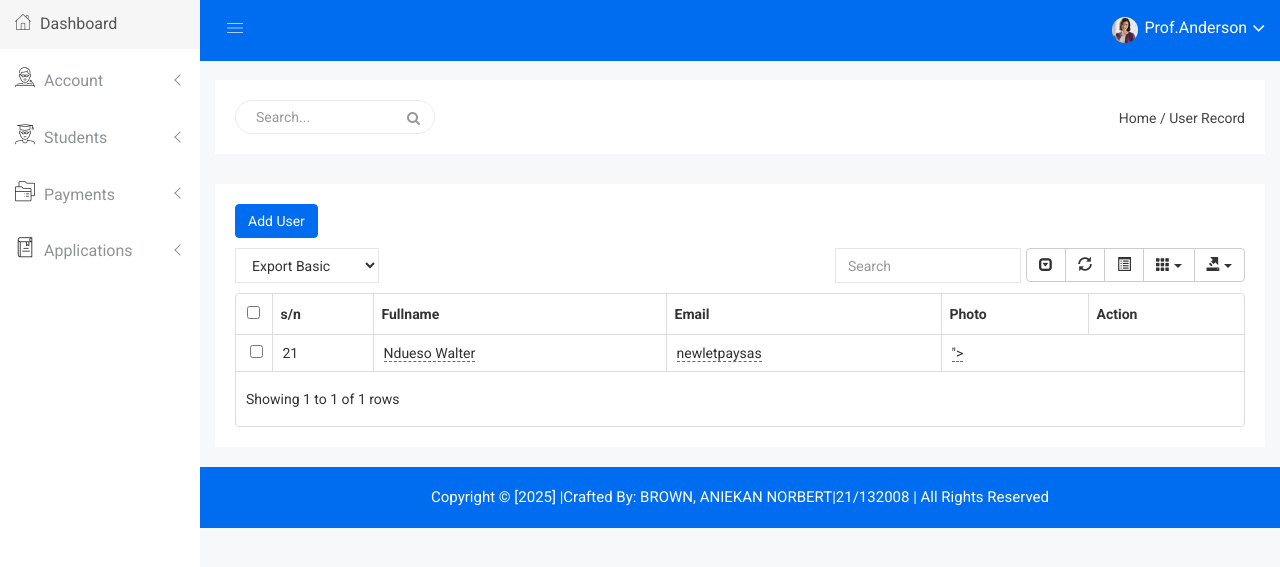
Repository: walterjnr1/crowdfunding-system
Page: http://localhost/Admin/user_record.php
An editor plug-in stored every save of this project. The page is shown before and after the next save, followed by the edit.
The browser window is 1280 px wide. The pictures show the whole page.
The page is run by PHP 8.4 with error messages shown; the project is at /var/www/html/. Other server files are loaded and not shown.

Above is the page before, as saved 2025-02-20 11:31:52.
Console error (its wording comes from the project's code and is left out).

### Admin/user_record.php
<!doctype html>
<html class="no-js" lang="en">

<head>
<title>User Record  | Kiaalap - Kiaalap Admin Template</title>

    <?php include 'head.php'; ?>
</head>
<body>
    <!--[if lt IE 8]>
		<p class="browserupgrade">You are using an <strong>outdated</strong> browser. Please <a href="http://browsehappy.com/">upgrade your browser</a> to improve your experience.</p>
	<![endif]-->
    <!-- Start Left menu area -->
    <div class="left-sidebar-pro">
        <nav id="sidebar" class="">
            <div class="sidebar-header">
                <a href="index.php"></a>
                <strong><a href="index.php"></a></strong>            </div>
            <div class="left-custom-menu-adp-wrap comment-scrollbar">

                <?php include 'sidebar_main.php'; ?>

            </div>
        </nav>
    </div>
    <!-- End Left menu area -->
    <!-- Start Welcome area -->
    <div class="all-content-wrapper">
        <div class="container-fluid">
            <div class="row">
                <div class="col-lg-12 col-md-12 col-sm-12 col-xs-12">
                    <div class="logo-pro">
                        <a href="index.php"><img class="main-logo" src="img/logo/logo.png" alt="" /></a>
                    </div>
                </div>
            </div>
        </div>
        <div class="header-advance-area">
        <div class="header-top-area">
                <div class="container-fluid">
                    <div class="row">
                        <div class="col-lg-12 col-md-12 col-sm-12 col-xs-12">
                            <div class="header-top-wraper">
                                <?php include 'header.php'; ?>
                            </div>
                        </div>
                    </div>
                </div>
            </div>
            <!-- Mobile Menu start -->
            <div class="mobile-menu-area">
                <div class="container">
                    <div class="row">
                        <div class="col-lg-12 col-md-12 col-sm-12 col-xs-12">
                            <div class="mobile-menu">
                                <?php include 'sidebar_mobile.php'; ?>
                            </div>
                        </div>
                    </div>
                </div>
            </div>
            <!-- Mobile Menu end -->
            <div class="breadcome-area">
                <div class="container-fluid">
                    <div class="row">
                        <div class="col-lg-12 col-md-12 col-sm-12 col-xs-12">
                            <div class="breadcome-list single-page-breadcome">
                                <div class="row">
                                    <div class="col-lg-6 col-md-6 col-sm-6 col-xs-12">
                                        <div class="breadcome-heading">
                                            <form role="search" class="sr-input-func">
                                                <input type="text" placeholder="Search..." class="search-int form-control">
                                                <a href="#"><i class="fa fa-search"></i></a>
                                            </form>
                                        </div>
                                    </div>
                                    <div class="col-lg-6 col-md-6 col-sm-6 col-xs-12">
                                        <ul class="breadcome-menu">
                                            <li><a href="#">Home</a> <span class="bread-slash">/</span>
                                            </li>
                                            <li><span class="bread-blod">User Record</span>
                                            </li>
                                        </ul>
                                    </div>
                                </div>
                            </div>
                        </div>
                    </div>
                </div>
            </div>
        </div>
        <!-- Static Table Start -->
        <div class="data-table-area mg-b-15">
            <div class="container-fluid">
                <div class="row">
                    <div class="col-lg-12 col-md-12 col-sm-12 col-xs-12">
                        <div class="sparkline13-list">
                            <div class="sparkline13-hd">
                                <div class="main-sparkline13-hd">
                                <button onclick="window.location.href='add_user.php';" class="btn btn-primary waves-effect waves-light">Add User</button>

</div>
                            </div>
                            <div class="sparkline13-graph">
                                <div class="datatable-dashv1-list custom-datatable-overright">
                                    <div id="toolbar">
                                        <select class="form-control dt-tb">
											<option value="">Export Basic</option>
											<option value="all">Export All</option>
											<option value="selected">Export Selected</option>
										</select>
                                    </div>
                                    <table id="table" data-toggle="table" data-pagination="true" data-search="true" data-show-columns="true" data-show-pagination-switch="true" data-show-refresh="true" data-key-events="true" data-show-toggle="true" data-resizable="true" data-cookie="true"
                                        data-cookie-id-table="saveId" data-show-export="true" data-click-to-select="true" data-toolbar="#toolbar">
                                        <thead>
                                            <tr>
                                                <th data-field="state" data-checkbox="true"></th>
                                                <th data-field="id">s/n</th>
                                                <th data-field="name" data-editable="true">Fullname</th>
                                                <th data-field="email" data-editable="true">Email</th>
                                                <th data-field="date" data-editable="true">Photo</th>
                                                <th data-field="action">Action</th>
                                            </tr>
                                        </thead>
                                        <tbody>


                                             <tr>
                                                <td></td>
                                                <td>21</td>
                                                 <td>Ndueso Walter</td>
                                                <td>newletpaysas</td>
                                                <td class="datatable-ct"><i class="fa fa-check"></i></td>

                                            </tr>
                                        </tbody>
                                    </table>
                                </div>
                            </div>
                        </div>
                    </div>
                </div>
            </div>
        </div>

        <?php include('../inc/footer_admin.php'); ?>

</div>

<?php include('bottom_script.php'); ?>
</body>

</html>

### Admin/head.php
<link href="https://fonts.googleapis.com/css?family=Roboto:100,300,400,700,900" rel="stylesheet">
    <!-- Bootstrap CSS
		============================================ -->
    <link rel="stylesheet" href="css/bootstrap.min.css">
    <!-- Bootstrap CSS
		============================================ -->
    <link rel="stylesheet" href="css/font-awesome.min.css">
    <!-- owl.carousel CSS
		============================================ -->
    <link rel="stylesheet" href="css/owl.carousel.css">
    <link rel="stylesheet" href="css/owl.theme.css">
    <link rel="stylesheet" href="css/owl.transitions.css">
    <!-- animate CSS
		============================================ -->
    <link rel="stylesheet" href="css/animate.css">
    <!-- normalize CSS
		============================================ -->
    <link rel="stylesheet" href="css/normalize.css">
    <!-- meanmenu icon CSS
		============================================ -->
    <link rel="stylesheet" href="css/meanmenu.min.css">
    <!-- main CSS
		============================================ -->
    <link rel="stylesheet" href="css/main.css">
    <!-- educate icon CSS
		============================================ -->
    <link rel="stylesheet" href="css/educate-custon-icon.css">
    <!-- morrisjs CSS
		============================================ -->
    <link rel="stylesheet" href="css/morrisjs/morris.css">
    <!-- mCustomScrollbar CSS
		============================================ -->
    <link rel="stylesheet" href="css/scrollbar/jquery.mCustomScrollbar.min.css">
    <!-- metisMenu CSS
		============================================ -->
    <link rel="stylesheet" href="css/metisMenu/metisMenu.min.css">
    <link rel="stylesheet" href="css/metisMenu/metisMenu-vertical.css">
    <!-- calendar CSS
		============================================ -->
    <link rel="stylesheet" href="css/calendar/fullcalendar.min.css">
    <link rel="stylesheet" href="css/calendar/fullcalendar.print.min.css">
    <!-- x-editor CSS
		============================================ -->
    <link rel="stylesheet" href="css/editor/select2.css">
    <link rel="stylesheet" href="css/editor/datetimepicker.css">
    <link rel="stylesheet" href="css/editor/bootstrap-editable.css">
    <link rel="stylesheet" href="css/editor/x-editor-style.css">
    <!-- normalize CSS
		============================================ -->
    <link rel="stylesheet" href="css/data-table/bootstrap-table.css">
    <link rel="stylesheet" href="css/data-table/bootstrap-editable.css">
    <!-- style CSS
		============================================ -->
    <link rel="stylesheet" href="style.css">
    <!-- responsive CSS
		============================================ -->
    <link rel="stylesheet" href="css/responsive.css">
    <!-- modernizr JS
		============================================ -->
    <script src="js/vendor/modernizr-2.8.3.min.js"></script>
    <link rel="icon" type="image/png" sizes="16x16" href="../uploadImage/Logo/logo.png">

### Admin/sidebar_main.php
<nav class="sidebar-nav left-sidebar-menu-pro">
                    <ul class="metismenu" id="menu1">
                    <li class="active">
                            <a title="Home Page" href="#" aria-expanded="false"><span class="educate-icon educate-home icon-wrap sub-icon-mg" aria-hidden="true"></span> <span class="mini-click-non">Dashboard</span></a>
                         </li>

                        <li>
                            <a class="has-arrow" href="#" aria-expanded="false"><span class="educate-icon educate-professor icon-wrap"></span> <span class="mini-click-non">Account</span></a>
                            <ul class="submenu-angle" aria-expanded="false">
                                <li><a title="Add User" href="add_user.php"><span class="mini-sub-pro">Add User</span></a></li>
                                <li><a title="User Record" href="user_record.php"><span class="mini-sub-pro">All User</span></a></li>
                            </ul>
                        </li>
                        <li>
                            <a class="has-arrow" href="#" aria-expanded="false"><span class="educate-icon educate-student icon-wrap"></span> <span class="mini-click-non">Students</span></a>
                            <ul class="submenu-angle" aria-expanded="false">
                                <li><a title="Add Students" href="add_student.php"><span class="mini-sub-pro">Add Student</span></a></li>
                                <li><a title="Edit Students" href="edit_student.php"><span class="mini-sub-pro">Edit Student</span></a></li>
                                <li><a title="Students Record" href="student_record.php"><span class="mini-sub-pro">All Student</span></a></li>
                            </ul>
                        </li>
                        <li>
                            <a class="has-arrow" href="#" aria-expanded="false"><span class="educate-icon educate-course icon-wrap"></span> <span class="mini-click-non">Payments</span></a>
                            <ul class="submenu-angle" aria-expanded="false">
                                <li><a title="All Payment" href="payment_record.php"><span class="mini-sub-pro">All Payment</span></a></li>
                            </ul>
                        </li>
                        <li>
                            <a class="has-arrow" href="#" aria-expanded="false"><span class="educate-icon educate-library icon-wrap"></span> <span class="mini-click-non">Applications</span></a>
                            <ul class="submenu-angle" aria-expanded="false">
                                <li><a title="All Application" href="application_record.php"><span class="mini-sub-pro">All Application</span></a></li>

                            </ul>
                        </li>


                    </ul>
                </nav>

### Admin/header.php
<div class="row">
                                    <div class="col-lg-1 col-md-0 col-sm-1 col-xs-12">
                                        <div class="menu-switcher-pro">
                                            <button type="button" id="sidebarCollapse" class="btn bar-button-pro header-drl-controller-btn btn-info navbar-btn">
													<i class="educate-icon educate-nav"></i>
												</button>
                                        </div>
                                    </div>
                                    <div class="col-lg-6 col-md-7 col-sm-6 col-xs-12">
                                        <div class="header-top-menu tabl-d-n">

                                        </div>
                                    </div>
                                    <div class="col-lg-5 col-md-5 col-sm-12 col-xs-12">
                                        <div class="header-right-info">
                                            <ul class="nav navbar-nav mai-top-nav header-right-menu">


                                                <li class="nav-item">
                                                    <a href="#" data-toggle="dropdown" role="button" aria-expanded="false" class="nav-link dropdown-toggle">
															<img src="img/product/pro4.jpg" alt="" />
															<span class="admin-name">Prof.Anderson</span>
															<i class="fa fa-angle-down edu-icon edu-down-arrow"></i>
														</a>
                                                    <ul role="menu" class="dropdown-header-top author-log dropdown-menu animated zoomIn">

                                                        <li><a href="#"><span class="edu-icon edu-user-rounded author-log-ic"></span>My Profile</a>
                                                        </li>
                                                        <li><a href="#"><span class="edu-icon edu-money author-log-ic"></span>Change Password</a>
                                                        </li>
                                                        </li>
                                                        <li><a href="#"><span class="edu-icon edu-locked author-log-ic"></span>Log Out</a>
                                                        </li>
                                                    </ul>
                                                </li>


                                                </li>
                                            </ul>
                                        </div>
                                    </div>
                                </div>

### inc/footer_Admin.php
<div class="footer-copyright-area">
            <div class="container-fluid">
                <div class="row">
                    <div class="col-lg-12">
                        <div class="footer-copy-right">
                            <p>Copyright &copy; [<?php echo date("Y")?>] |Crafted By: BROWN, ANIEKAN NORBERT|21/132008 | All Rights Reserved</p>
                        </div>
                    </div>
                </div>
            </div>
        </div>

### Admin/bottom_script.php
 <!-- jquery
		============================================ -->
        <script src="js/vendor/jquery-1.12.4.min.js"></script>
    <!-- bootstrap JS
		============================================ -->
    <script src="js/bootstrap.min.js"></script>
    <!-- wow JS
		============================================ -->
    <script src="js/wow.min.js"></script>
    <!-- price-slider JS
		============================================ -->
    <script src="js/jquery-price-slider.js"></script>
    <!-- meanmenu JS
		============================================ -->
    <script src="js/jquery.meanmenu.js"></script>
    <!-- owl.carousel JS
		============================================ -->
    <script src="js/owl.carousel.min.js"></script>
    <!-- sticky JS
		============================================ -->
    <script src="js/jquery.sticky.js"></script>
    <!-- scrollUp JS
		============================================ -->
    <script src="js/jquery.scrollUp.min.js"></script>
    <!-- counterup JS
		============================================ -->
    <script src="js/counterup/jquery.counterup.min.js"></script>
    <script src="js/counterup/waypoints.min.js"></script>
    <script src="js/counterup/counterup-active.js"></script>
    <!-- mCustomScrollbar JS
		============================================ -->
    <script src="js/scrollbar/jquery.mCustomScrollbar.concat.min.js"></script>
    <script src="js/scrollbar/mCustomScrollbar-active.js"></script>
    <!-- metisMenu JS
		============================================ -->
    <script src="js/metisMenu/metisMenu.min.js"></script>
    <script src="js/metisMenu/metisMenu-active.js"></script>
    <!-- morrisjs JS
		============================================ -->
    <script src="js/morrisjs/raphael-min.js"></script>
    <script src="js/morrisjs/morris.js"></script>
    <script src="js/morrisjs/morris-active.js"></script>
    <!-- morrisjs JS
		============================================ -->
    <script src="js/sparkline/jquery.sparkline.min.js"></script>
    <script src="js/sparkline/jquery.charts-sparkline.js"></script>
    <script src="js/sparkline/sparkline-active.js"></script>

    <!-- plugins JS
		============================================ -->
    <script src="js/plugins.js"></script>
    <!-- main JS
		============================================ -->
    <script src="js/main.js"></script>
    <!-- data table JS
		============================================ -->
    <script src="js/data-table/bootstrap-table.js"></script>
    <script src="js/data-table/tableExport.js"></script>
    <script src="js/data-table/data-table-active.js"></script>
    <script src="js/data-table/bootstrap-table-editable.js"></script>
    <script src="js/data-table/bootstrap-editable.js"></script>
    <script src="js/data-table/bootstrap-table-resizable.js"></script>
    <script src="js/data-table/colResizable-1.5.source.js"></script>
    <script src="js/data-table/bootstrap-table-export.js"></script>

### Admin/css/educate-custon-icon.css
@font-face {
  font-family: 'educate-icon';
  src:
    url('fonts/educate-icon.ttf?kufm5h') format('truetype'),
    url('fonts/educate-icon.woff?kufm5h') format('woff'),
    url('fonts/educate-icon.svg?kufm5h#educate-icon') format('svg');
  font-weight: normal;
  font-style: normal;
}

.educate-icon {
  /* use !important to prevent issues with browser extensions that change fonts */
  font-family: 'educate-icon' !important;
  speak: none;
  font-style: normal;
  font-weight: normal;
  font-variant: normal;
  text-transform: none;
  line-height: 1;

  /* Better Font Rendering =========== */
  -webkit-font-smoothing: antialiased;
  -moz-osx-font-smoothing: grayscale;
}

.educate-danger:before {
  content: "\e91b";
}
.educate-info:before {
  content: "\e91c";
}
.educate-warning:before {
  content: "\e91d";
}
.educate-star:before {
  content: "\e919";
}
.educate-star-half:before {
  content: "\e91a";
}
.educate-apps:before {
  content: "\e900";
}
.educate-bell:before {
  content: "\e901";
}
.educate-charts:before {
  content: "\e902";
}
.educate-checked:before {
  content: "\e903";
}
.educate-cloud:before {
  content: "\e904";
}
.educate-comment:before {
  content: "\e905";
}
.educate-course:before {
  content: "\e906";
}
.educate-data-table:before {
  content: "\e907";
}
.educate-department:before {
  content: "\e908";
}
.educate-event:before {
  content: "\e909";
}
.educate-form:before {
  content: "\e90a";
}
.educate-home:before {
  content: "\e90b";
}
.educate-interface:before {
  content: "\e90c";
}
.educate-landing:before {
  content: "\e90d";
}
.educate-library:before {
  content: "\e90e";
}
.educate-menu:before {
  content: "\e90f";
}
.educate-message:before {
  content: "\e910";
}
.educate-miscellanous:before {
  content: "\e911";
}
.educate-nav:before {
  content: "\e912";
}
.educate-pages:before {
  content: "\e913";
}
.educate-professor:before {
  content: "\e914";
}
.educate-project:before {
  content: "\e915";
}
.educate-search:before {
  content: "\e916";
}
.educate-settings:before {
  content: "\e917";
}
.educate-student:before {
  content: "\e918";
}
.educate-price-tag:before {
  content: "\e935";
}
.educate-price-tags:before {
  content: "\e936";
}

### Admin/css/metisMenu/metisMenu-vertical.css
.sidebar-nav {
    background: #fff;
}
.sidebar-nav ul {
    padding: 0;
    margin: 0;
    list-style: none;
    background: #f5f5f5;
}
.sidebar-nav .metismenu {
    background: #fff;
    display: -webkit-box;
    display: -ms-flexbox;
    display: flex;
    -webkit-box-orient: vertical;
    -webkit-box-direction: normal;
    -ms-flex-direction: column;
    flex-direction: column;
}
.sidebar-nav .metismenu li + li {
  margin-top: 5px;
}
.sidebar-nav .metismenu li:last-child {
  margin-bottom: 5px;
}
.sidebar-nav .metismenu > li {
/*    -webkit-box-flex: 1;
    -ms-flex: 1 1 0%;
    flex: 1 1 0%;*/
    display: -webkit-box;
    display: -ms-flexbox;
    display: flex;
    -webkit-box-orient: vertical;
    -webkit-box-direction: normal;
    -ms-flex-direction: column;
    flex-direction: column;
    position: relative;
}
.sidebar-nav .metismenu a {
    position: relative;
    display: block;
    padding: 13px 15px;
    color: #444;
    outline-width: 0;
    transition: all .3s ease-out;
	font-size:16px;
	font-weight:400;
}

.sidebar-nav .metismenu ul a {
    padding: 10px 15px 10px 40px;
}

.sidebar-nav .metismenu ul ul a {
    padding: 10px 15px 10px 45px;
}
.sidebar-nav .metismenu a:hover,
.sidebar-nav .metismenu a:focus,
.sidebar-nav .metismenu a:active {
    color: #555;
    text-decoration: none;
    background: #e12503;
}
.sidebar-nav .metismenu li .icon-wrap{
	margin-right:5px;
	font-size:20px;
	color:#303030;
}
.sidebar-nav .metismenu li .sub-icon-mg{
	margin-right:5px;
	font-size:16px;
}
#sidebar.active .metismenu li .mini-click-non{
	display:none;
}
#sidebar.active .metismenu li .has-arrow:after{
	display:none;
}
#sidebar.active .metismenu li .submenu-angle li a {
    padding: 10px 20px 10px 20px;
}

Loaded but not shown: Admin/css/bootstrap.min.css (library); Admin/css/font-awesome.min.css (library); Admin/css/owl.carousel.css (common file); Admin/css/owl.theme.css (common file); Admin/css/owl.transitions.css (library); Admin/css/animate.css (library); Admin/css/normalize.css (library); Admin/css/meanmenu.min.css (common file); Admin/css/morrisjs/morris.css (common file); Admin/css/scrollbar/jquery.mCustomScrollbar.min.css (library); Admin/css/metisMenu/metisMenu.min.css (common file); Admin/css/calendar/fullcalendar.min.css (library); Admin/css/calendar/fullcalendar.print.min.css (common file); Admin/css/editor/select2.css (common file); Admin/css/editor/bootstrap-editable.css (library); Admin/css/data-table/bootstrap-table.css (library); Admin/css/data-table/bootstrap-editable.css (library); Admin/js/bootstrap.min.js (library); Admin/js/wow.min.js (library); Admin/js/jquery-price-slider.js (library); Admin/js/jquery.meanmenu.js (library); Admin/js/owl.carousel.min.js (library); Admin/js/jquery.sticky.js (library); Admin/js/jquery.scrollUp.min.js (common file); Admin/js/counterup/jquery.counterup.min.js (common file); Admin/js/counterup/waypoints.min.js (library); Admin/js/counterup/counterup-active.js (common file); Admin/js/scrollbar/jquery.mCustomScrollbar.concat.min.js (library); Admin/js/metisMenu/metisMenu.min.js (library); Admin/js/metisMenu/metisMenu-active.js (common file); Admin/js/morrisjs/raphael-min.js (library); Admin/js/sparkline/jquery.sparkline.min.js (library); Admin/js/sparkline/jquery.charts-sparkline.js (library); Admin/js/data-table/bootstrap-table.js (library); Admin/js/data-table/data-table-active.js (common file); Admin/js/data-table/bootstrap-table-editable.js (library); Admin/js/data-table/bootstrap-editable.js (library); Admin/js/data-table/bootstrap-table-resizable.js (common file); Admin/js/data-table/bootstrap-table-export.js (library); Admin/js/data-table/tableExport.js (2097 lines, source omitted); Admin/js/morrisjs/morris.js (1892 lines, source omitted); Admin/js/data-table/colResizable-1.5.source.js (366 lines, source omitted); Admin/js/sparkline/sparkline-active.js (146 lines, source omitted); Admin/js/main.js (100 lines, source omitted); Admin/js/morrisjs/morris-active.js (109 lines, source omitted); Admin/js/scrollbar/mCustomScrollbar-active.js (58 lines, source omitted); Admin/js/plugins.js (24 lines, source omitted); Admin/style.css (4721 lines, source omitted); Admin/css/responsive.css (755 lines, source omitted); Admin/sidebar_mobile.php (174 lines, source omitted); Admin/css/editor/datetimepicker.css (366 lines, source omitted); Admin/css/main.css (280 lines, source omitted); Admin/css/editor/x-editor-style.css (106 lines, source omitted)

After the next save:
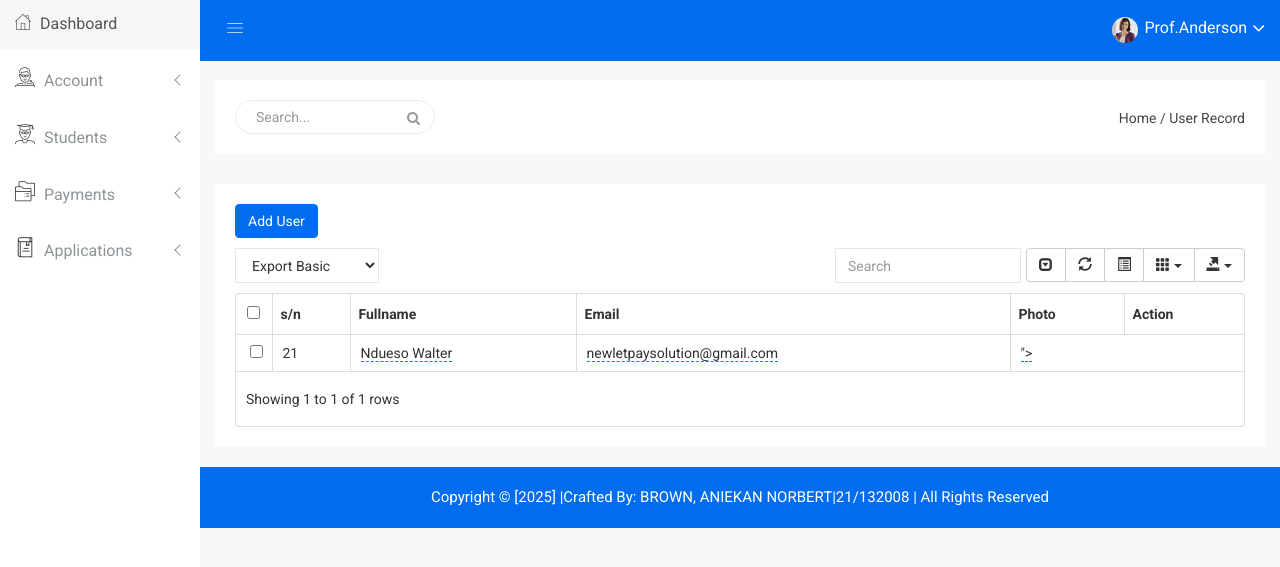
Saved 8 s later.
--- a/Admin/user_record.php
+++ b/Admin/user_record.php
@@ -129,7 +129,7 @@
                                                 <td></td>
                                                 <td>21</td>
                                                  <td>Ndueso Walter</td>
-                                                <td>newletpaysas</td>
+                                                <td>newletpaysolution@gmail.com</td>
                                                 <td class="datatable-ct"><i class="fa fa-check"></i></td>
 
                                             </tr>
